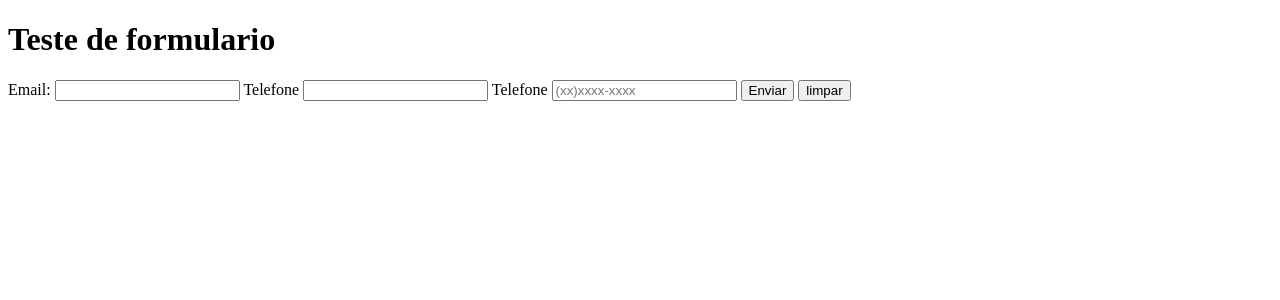
Repository: Lucianorodriguesdev/cursoHTML-CSS
Page: ex025/form004.html
These files come from the project's save history. The page is drawn as it stood at one moment and after the next save; the edit follows.
The browser window is 1280 px wide. The pictures show the whole page.

Above is the page before, as saved 2026-07-08 10:40:09.

After the next save:
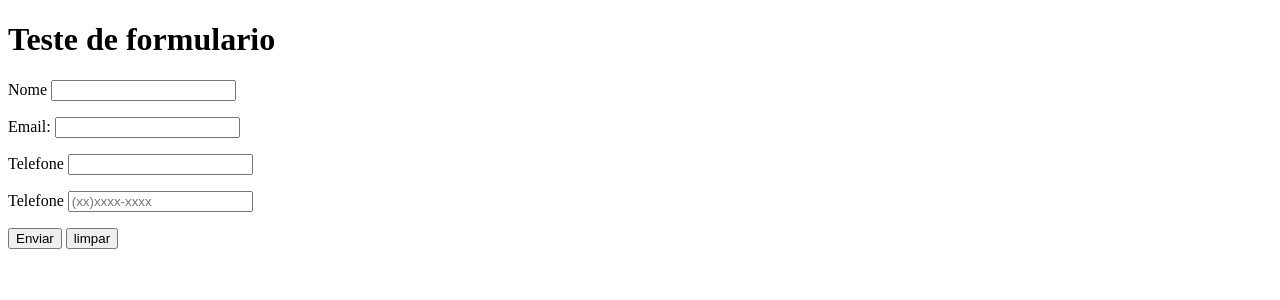
Saved 82 s later.
--- a/ex025/form004.html
+++ b/ex025/form004.html
@@ -9,14 +9,25 @@
     <h1>Teste de formulario</h1>
     <form action="formulario.php" method="post" autocomplete="on">
 
-        <label for="iemail" >Email:</label>
-        <input type="email" name="email" id="iemail" required autocomplete="email">
+        <p>
+            <label for="inome">Nome</label>
+            <input type="text" name="nome" id="inome">
+        </p>
 
-        <label for="inumero">Telefone</label>
-        <input type="tel" name="numero" id="inumero" required autocomplete="tel" pattern="^[0-9]{4}-[0-9]{4}$">
+        <p>
+            <label for="iemail" >Email:</label>
+            <input type="email" name="email" id="iemail" required autocomplete="email">
+        </p>
 
-        <label for="itel">Telefone</label>
-        <input type="tel" name="telefone" id="itel" required autocomplete="tel" pattern="^\(\d{2}\)\d{4,5}-\d{4}$" placeholder="(xx)xxxx-xxxx">
+        <p>
+            <label for="inumero">Telefone</label>
+            <input type="tel" name="numero" id="inumero" required autocomplete="tel" pattern="^[0-9]{4}-[0-9]{4}$">
+        </p>
+
+        <p>
+            <label for="itel">Telefone</label>
+            <input type="tel" name="telefone" id="itel" required autocomplete="tel" pattern="^\(\d{2}\)\d{4,5}-\d{4}$" placeholder="(xx)xxxx-xxxx">
+        </p>
 
         <!--uso de RegEx-->
 
